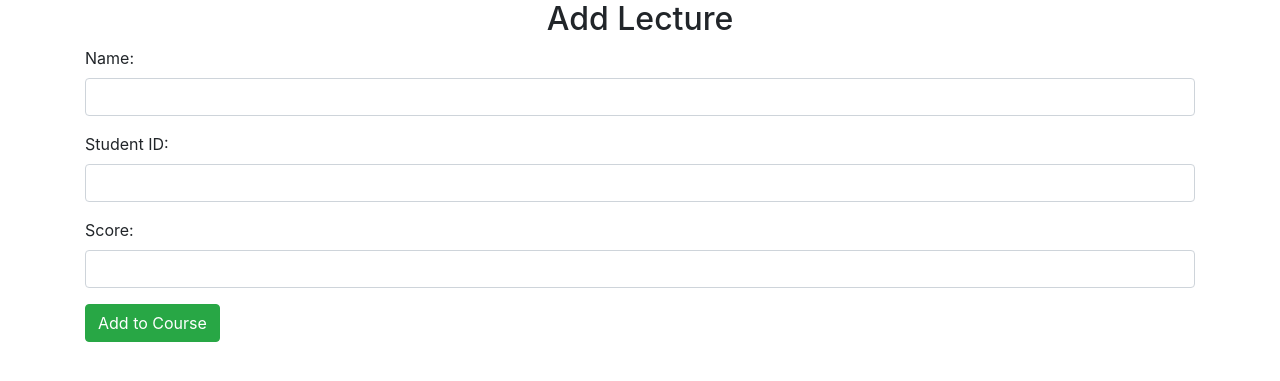
Repository: USTriett/Java-Servlet-JDBC-JSP-
Page: http://localhost/StudentManageServlet/WebContent/AddStudentIntoCourse.jsp
An editor plug-in stored every save of this project. The page is shown before and after the next save, followed by the edit.
The browser window is 1280 px wide. The pictures show the whole page.
The page is served by Tomcat 9. Other server files are loaded and not shown.

Above is the page before, as saved 2023-04-19 19:51:26.
Console error: TypeError: Cannot set properties of null (setting 'value')

### StudentManageServlet/src/main/webapp/WebContent/AddStudentIntoCourse.jsp
<%@ taglib uri="http://java.sun.com/jsp/jstl/core" prefix="c"%>
<%@page contentType="text/html" pageEncoding="UTF-8"%>


<!DOCTYPE html>
<html>
<head>
	<title>Add Lecture</title>
	<!-- Latest compiled and minified CSS -->
	<link rel="stylesheet" href="https://maxcdn.bootstrapcdn.com/bootstrap/4.4.1/css/bootstrap.min.css"/>

	<!-- jQuery library -->
	<script src="https://ajax.googleapis.com/ajax/libs/jquery/3.4.1/jquery.min.js"></script>

	<!-- Popper JS -->
	<script src="https://cdnjs.cloudflare.com/ajax/libs/popper.js/1.16.0/umd/popper.min.js"></script>

	<!-- Latest compiled JavaScript -->
	<script src="https://maxcdn.bootstrapcdn.com/bootstrap/4.4.1/js/bootstrap.min.js"></script>
	<meta charset="UTF-8">
</head>
<body>

	<div class="container">
		<div class="panel panel-primary">
			<div class="panel-heading">
				<h2 class="text-center">Add Lecture</h2>
			</div>
			<div class="panel-body">
				<form method="post" accept-charset="utf-8">
					<input type="text" class="form-control" value="${id}" name="id"
						style="display: none;" /> <input type="text" class="form-control"
						value="${year}" name="year" style="display: none;" />

					<div class="form-group">
						<label for="usr">Name:</label> <input type="text"
							class="form-control" value="" required id="usr" name="name" />
					</div>
					<div class="form-group">
						<label for="sid">Student ID:</label> <input type="number"
							class="form-control" value="" required id="sid" name="sid" />
					</div>
					<div class="form-group">
						<label for="score">Score:</label> <input type="number"
							class="form-control" id="notes" value="" name="score" max ="100.0" min ="0" step="0.1" />
					</div>
					<button class="btn btn-success">Add to Course</button>
				</form>
			</div>
		</div>
	</div>

</body>
<script>
	function SendMessage() {
		alert("Add successful!");
	}
	var currentDate = new Date();
	var year = currentDate.getFullYear();
	var month = currentDate.getMonth() + 1;
	var day = currentDate.getDate();

	if (month < 10) {
		month = '0' + month;
	}
	if (day < 10) {
		day = '0' + day;
	}

	document.getElementById('cyear').value = year;
</script>
</html>

After the next save:
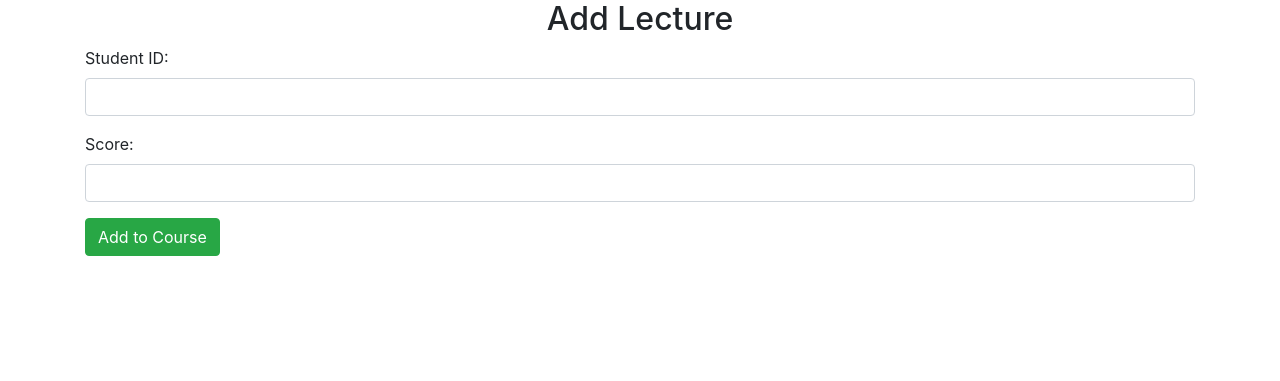
Saved 41 s later.
--- a/StudentManageServlet/src/main/webapp/WebContent/AddStudentIntoCourse.jsp
+++ b/StudentManageServlet/src/main/webapp/WebContent/AddStudentIntoCourse.jsp
@@ -33,10 +33,6 @@
 						value="${year}" name="year" style="display: none;" />
 
 					<div class="form-group">
-						<label for="usr">Name:</label> <input type="text"
-							class="form-control" value="" required id="usr" name="name" />
-					</div>
-					<div class="form-group">
 						<label for="sid">Student ID:</label> <input type="number"
 							class="form-control" value="" required id="sid" name="sid" />
 					</div>
